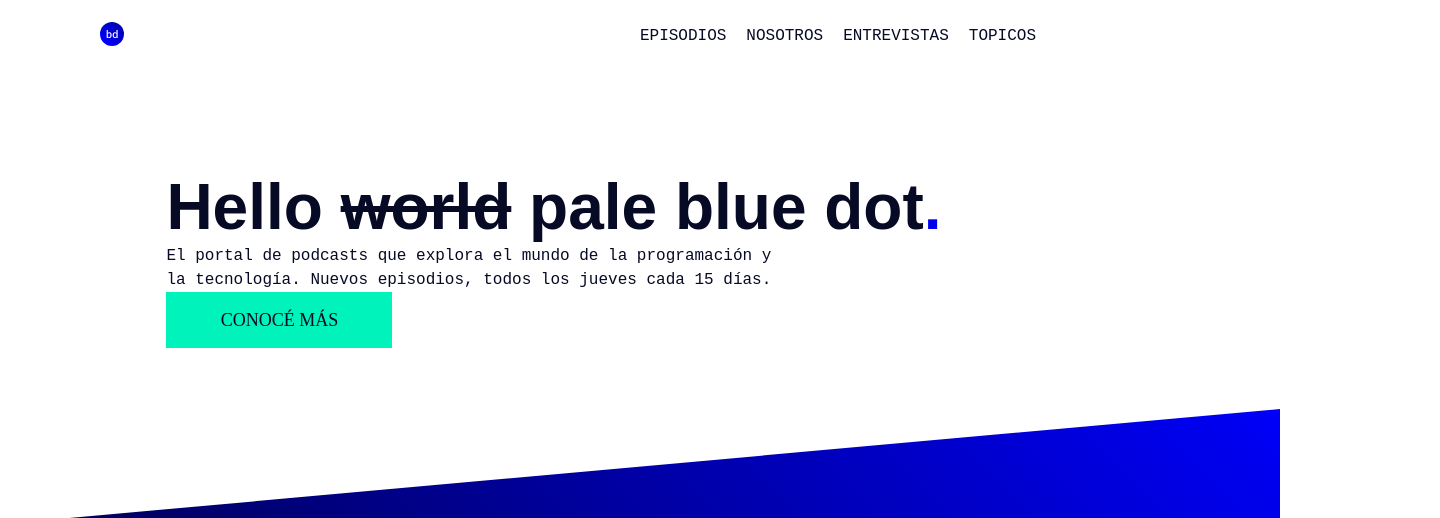
Repository: FedeGA93/podcast
Page: index.html
An editor plug-in stored every save of this project. The page is shown before and after the next save, followed by the edit.
The browser window is 1280 px wide. The page is 1440 px wide, so the pictures cover 1440 px, including what lies to the right of the window. The pictures show the part of the page from y = 0 to 518 px (the page is 3205 px tall).
Pictures or frames that could not be fetched are drawn as grey boxes. Some web fonts or font styles are not loaded; a fallback is used. Some web libraries are served in a nearby version.

Above is the page before, as saved 2019-11-26 19:08:54.

After the next save:
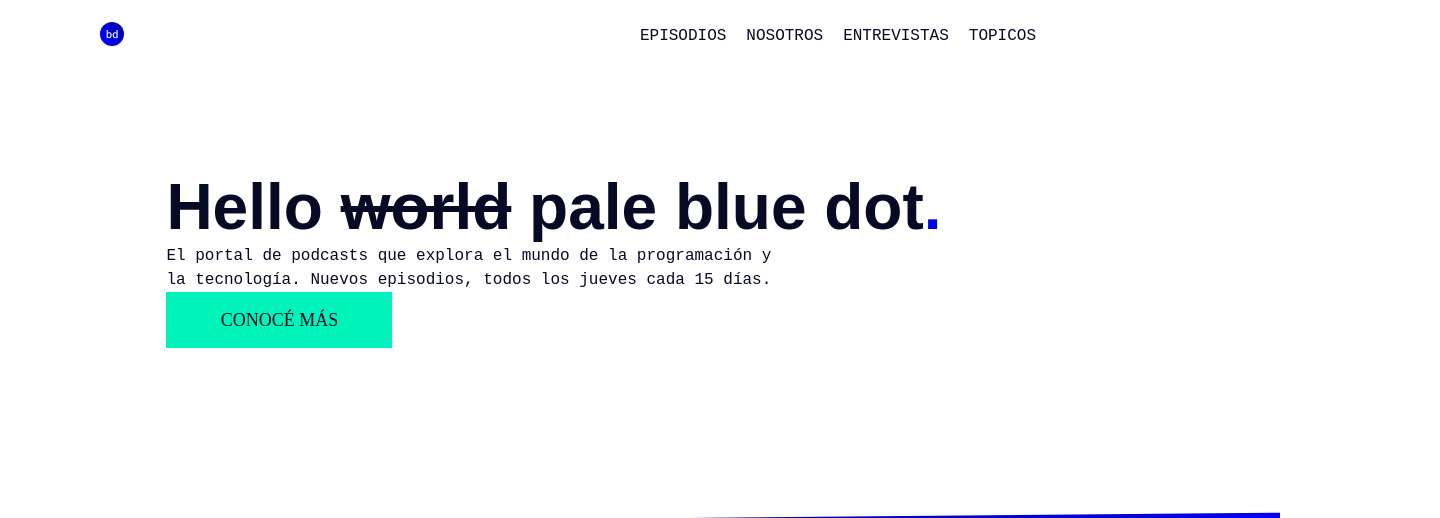
Saved 10 s later.
--- a/index.html
+++ b/index.html
@@ -60,7 +60,7 @@
     <section>
         <div class="fondo-azul-gradiente sec">
             <svg xmlns="http://www.w3.org/2000/svg" viewBox="0 1 100 100" preserveAspectRatio="none">
-                <polygon fill="white" points="0,0 500,0 0,45" />
+                <polygon fill="white" points="0,0 5000,0 0,45" />
             </svg>
           <!--   <div class="corteuno"></div> -->
             <div class="cortedos"></div>
